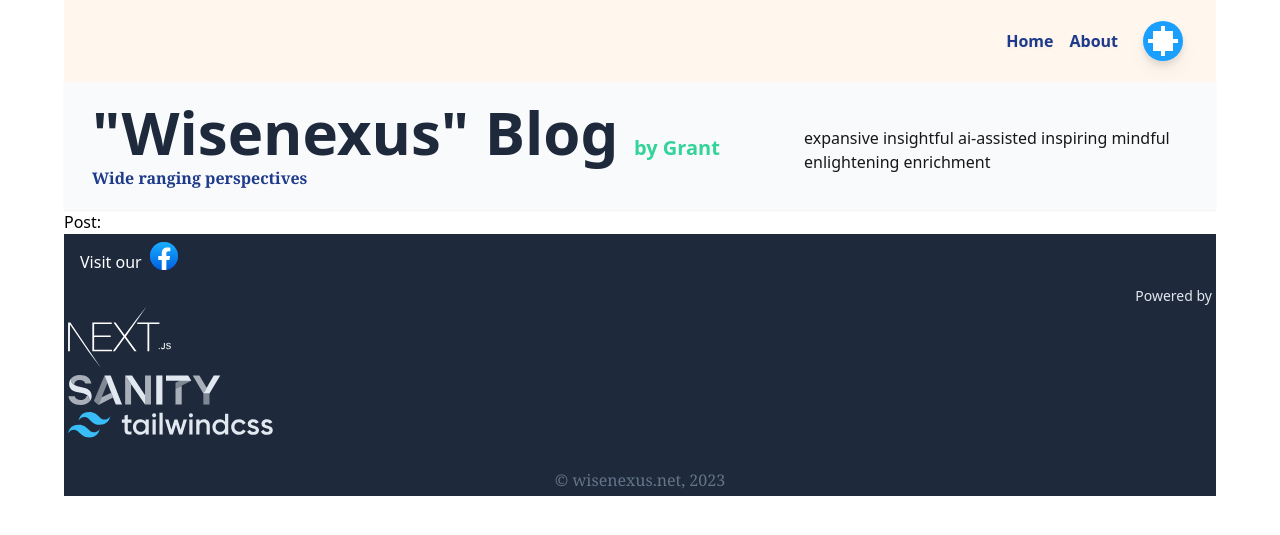
Repository: gpgundersen/sanity3-nextjs13-blog
Page: /post
An editor plug-in stored every save of this project. The page is shown before and after the next save, followed by the edit.
The browser window is 1280 px wide. The pictures show the whole page.
The project was rebuilt for these pictures with package versions that can differ from the ones it lists, and the page was loaded fresh each time. The framework's server and built-in components were replaced by stand-ins that run in the browser. Also part of the build but not shown: next.config.js.

Above is the page before, as saved 2023-02-05 20:11:12.

After the next save:
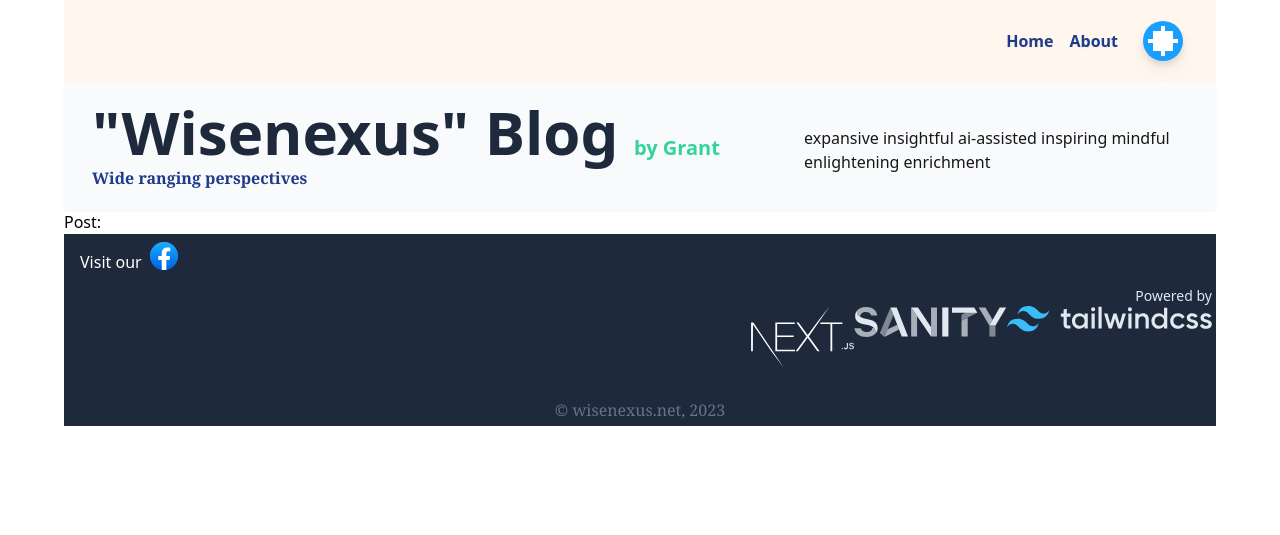
Saved 60 s later.
--- a/components/Footer.tsx
+++ b/components/Footer.tsx
@@ -12,7 +12,7 @@
         <div className="flex flex-wrap justify-end space-x-5 space-y-2 md:flex-row">
 
             <p className="text-sm">Powered by</p></div>
-          <ul>
+          <ul className="flex justify-end">
             <li><NextJsIcon /></li>
             <li><SanityIcon /></li>
             <li><TailwindIcon /></li>
